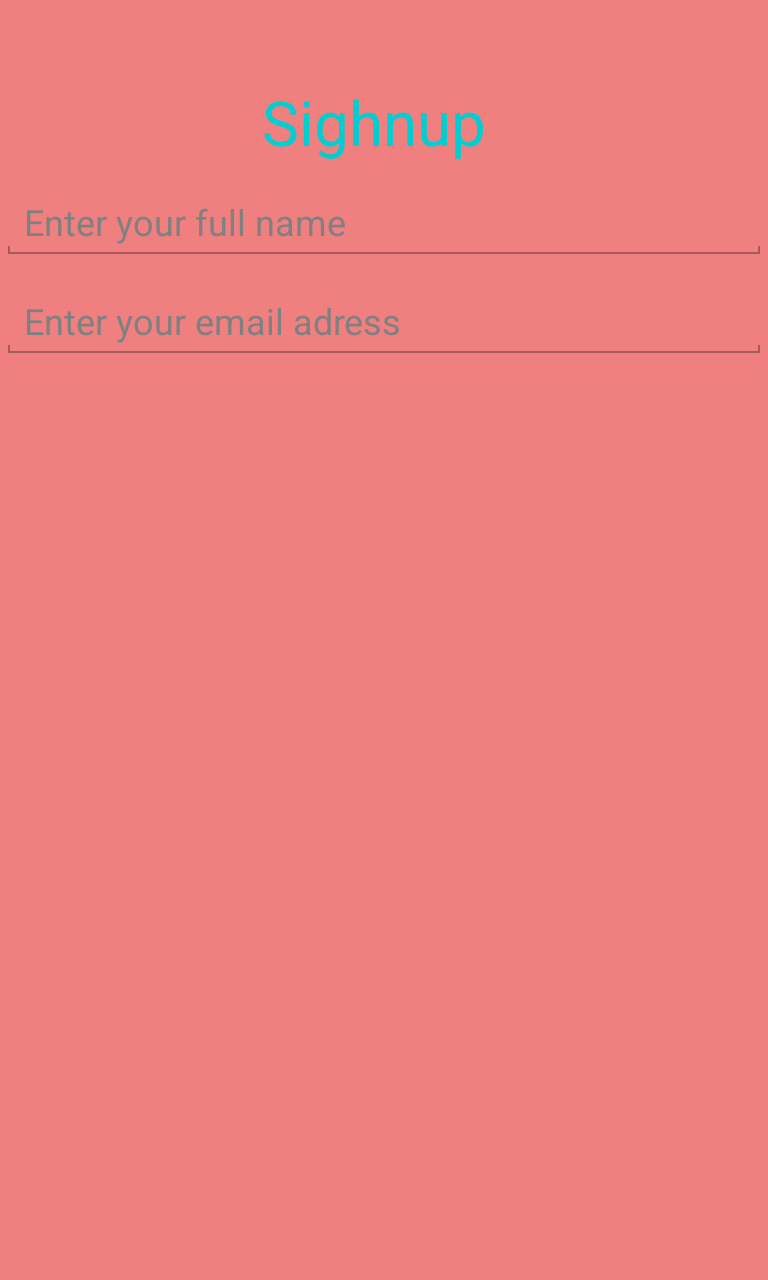
Repository: njiiriJohnii/Android-projects
Layout: MySimpleCalc/res/layout/joinus.xml
These files come from the project's save history. The layout is drawn as it stood at one moment and after the next save; the edit follows.
It is drawn on a 768 x 1280 px phone screen (xhdpi) without system bars, with theme AppTheme; the app's code is not run.

Above is the layout before, as saved 2014-05-30 11:37:38.

### MySimpleCalc/res/layout/joinus.xml
<?xml version="1.0" encoding="utf-8"?>
<LinearLayout xmlns:android="http://schemas.android.com/apk/res/android"
    android:layout_width="fill_parent"
    android:layout_height="fill_parent"
    android:orientation="vertical"
    android:background="#F08080" >

    <TextView
    android:layout_width="fill_parent"
    android:layout_height="wrap_content"
    android:text="Sighnup"
    android:layout_marginTop="40dp"
    android:layout_marginLeft="20dp"
    android:layout_marginRight="30dp"
    android:textColor="#00CED1"
    android:textSize="14pt"
    android:gravity="center"

        />
    <EditText
    android:layout_width="fill_parent"
    android:layout_height="wrap_content"
    android:layout_marginTop="10dp"
    android:hint="Enter your full name"



        />
     <EditText
    android:layout_width="fill_parent"
    android:layout_height="wrap_content"
    android:layout_marginTop="10dp"
    android:hint="Enter your email adress"


        />


</LinearLayout>

Loaded but not shown: MySimpleCalc/res/values/styles.xml (common file); MySimpleCalc/res/values-v11/styles.xml (common file); MySimpleCalc/res/values-v14/styles.xml (common file)

After the next save:
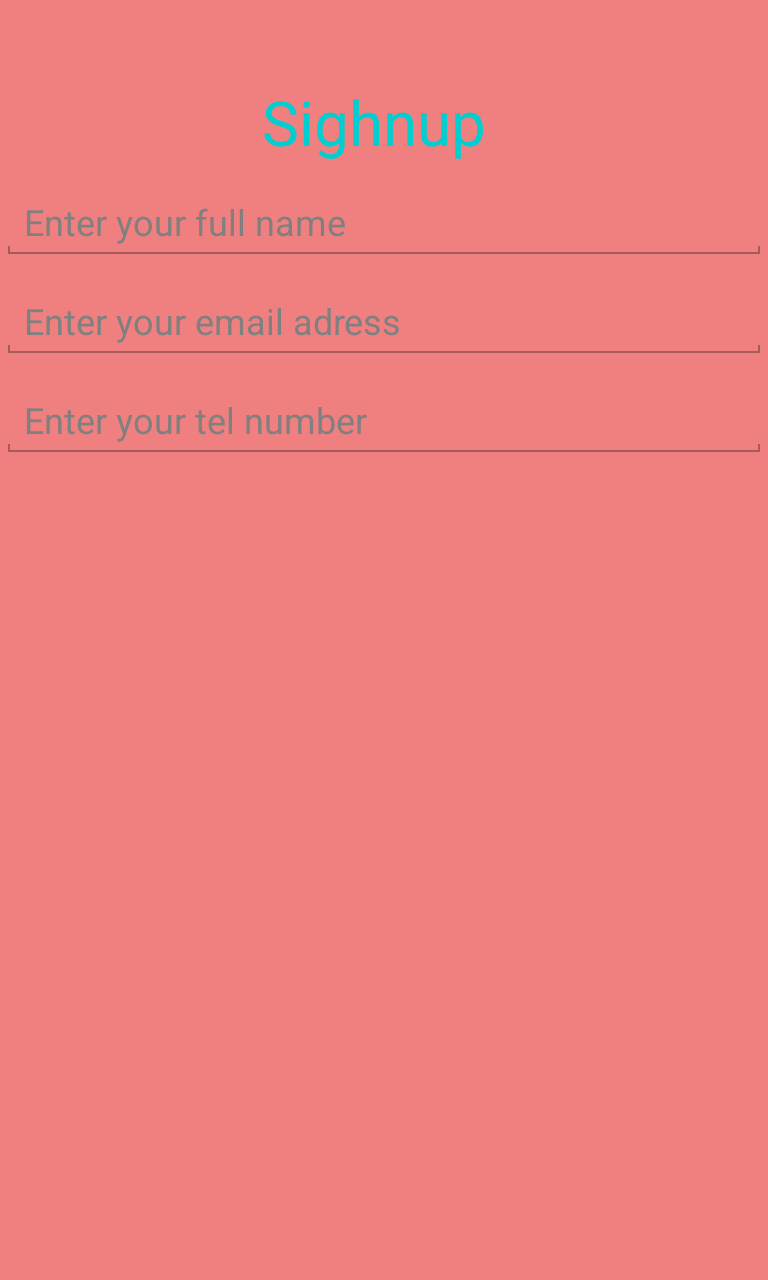
Saved 51 s later.
--- a/MySimpleCalc/res/layout/joinus.xml
+++ b/MySimpleCalc/res/layout/joinus.xml
@@ -34,6 +34,14 @@
 
 
         />
+      <EditText
+    android:layout_width="fill_parent"
+    android:layout_height="wrap_content"
+    android:layout_marginTop="10dp"
+    android:hint="Enter your tel number"
+
+
+        />
 
 
 </LinearLayout>
